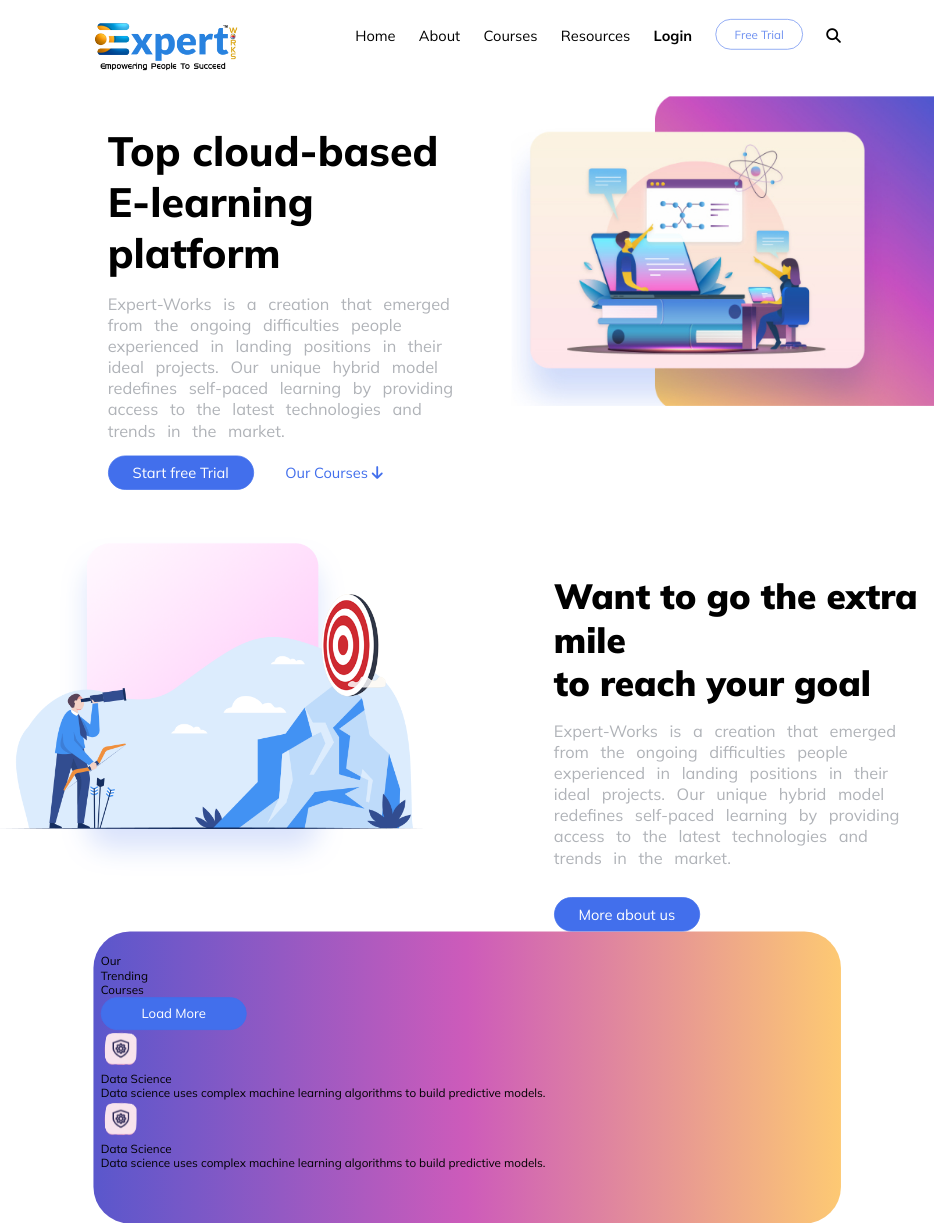
Repository: FlyweisReact/Raghu-B2C
Page: /homePage
These files come from the project's save history. The page is drawn as it stood at one moment and after a run of saves; the edit follows.
The browser window is 1280 px wide. The pictures show the whole page, at 73% of full size.
Some web libraries are served in a nearby version. The project was rebuilt for these pictures with package versions that can differ from the ones it lists, and the page was loaded fresh each time. Also part of the build but not shown: src/Footer/footer.scss, src/Footer/Footer.jsx, src/component/pages/courses/course.scss, src/component/Navbar/nav.scss, src/component/Navbar/Nav.jsx, src/component/navigation/NavItems.js, src/component/navigation/Dropdown.css, src/component/navigation/Dropdown.js and 43 more.

Above is the page before, as saved 2023-02-03 16:04:54.

After the next 2 saves:
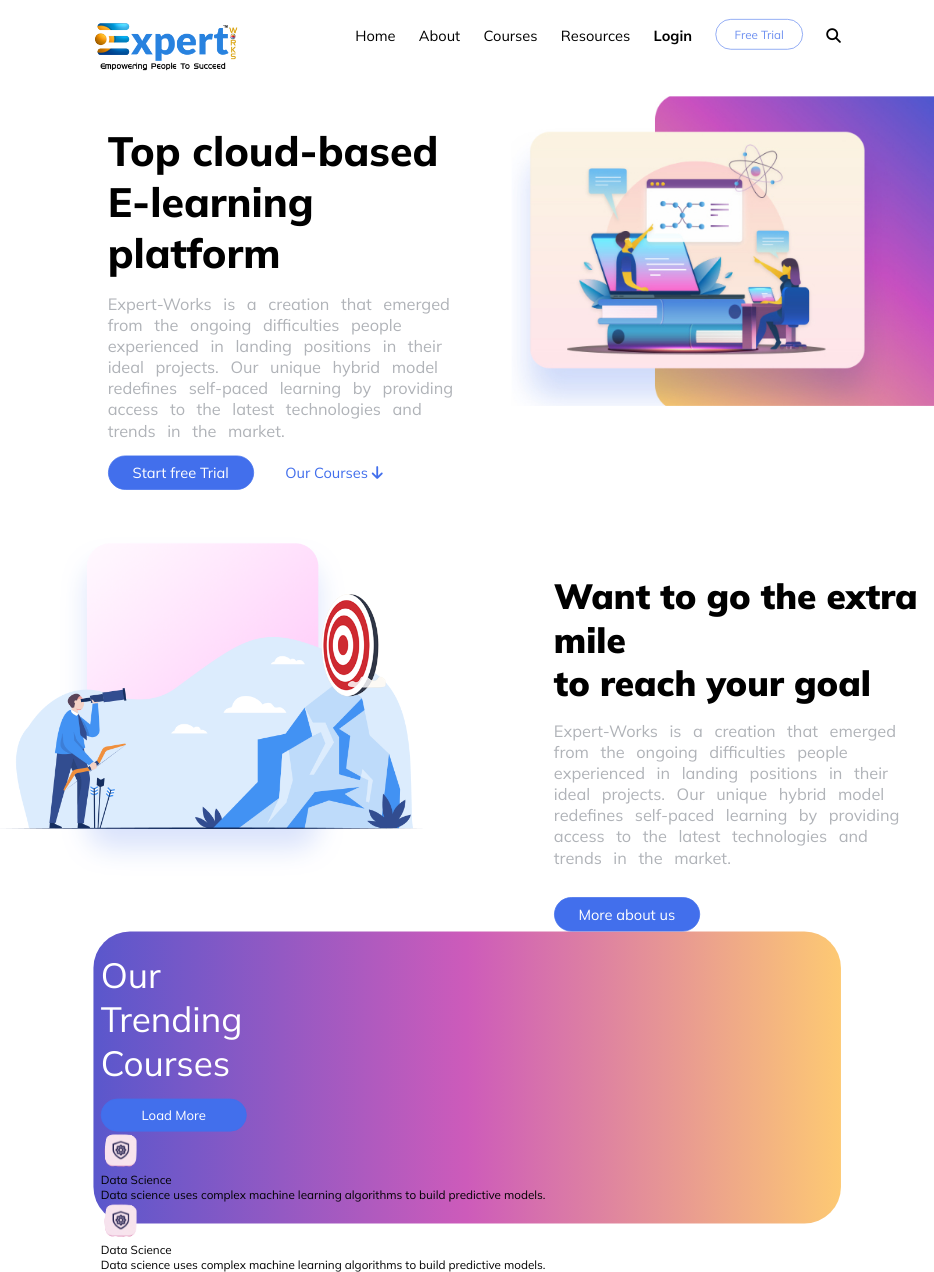
The 2 saves are shown as one change because they came seconds apart.
The last was saved 6 s later.
--- a/src/HomePage.css
+++ b/src/HomePage.css
@@ -119,6 +119,6 @@
 }
 .centerMainDiv .left {
     margin-top: 2%;
-    color: #ff
-    f;
+    color: #fff;
+    font-size: 3rem;
 }
